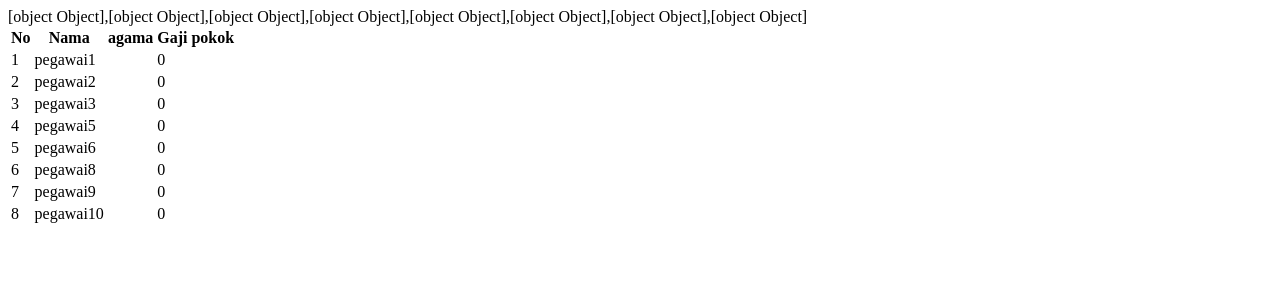
Repository: AHSANS354/Tugas-MSIB-5-GitHub
Page: tugasper3js.html
These files come from the project's save history. The page is drawn as it stood at one moment and after the next save; the edit follows.
The browser window is 1280 px wide. The pictures show the whole page.

Above is the page before, as saved 2023-09-09 17:11:43.

After the next save:
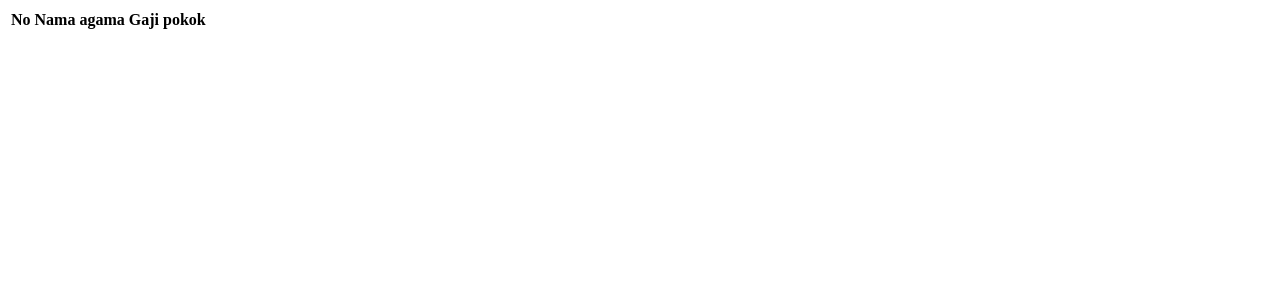
Console error: ReferenceError: nama is not defined
Saved 29 s later.
--- a/tugasper3js.html
+++ b/tugasper3js.html
@@ -21,7 +21,7 @@
       let pegawai = [p1, p2, p3, p4, p5, p6, p7, p8];
       let jabatan = "";
 
-      document.write(pegawai);
+      document.write(pegawai[nama]);
 
       if (pegawai.nama == "pegawai1" && pegawai.nama == "pegawai2") jabatan = "Manager";
       else if (pegawai == "pegawai3" && pegawai == "pegawai5") jabatan = "Asisten Manager";

After the save that followed:
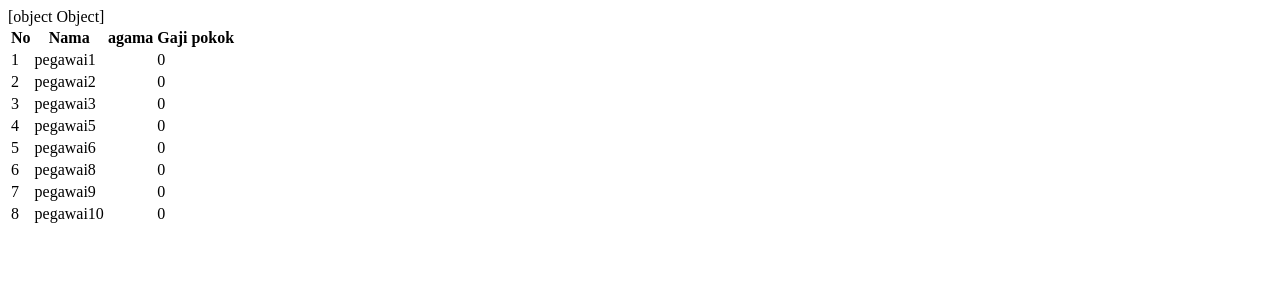
The error is gone.
Saved 57 s later.
--- a/tugasper3js.html
+++ b/tugasper3js.html
@@ -21,7 +21,7 @@
       let pegawai = [p1, p2, p3, p4, p5, p6, p7, p8];
       let jabatan = "";
 
-      document.write(pegawai[nama]);
+      document.write(p1);
 
       if (pegawai.nama == "pegawai1" && pegawai.nama == "pegawai2") jabatan = "Manager";
       else if (pegawai == "pegawai3" && pegawai == "pegawai5") jabatan = "Asisten Manager";
